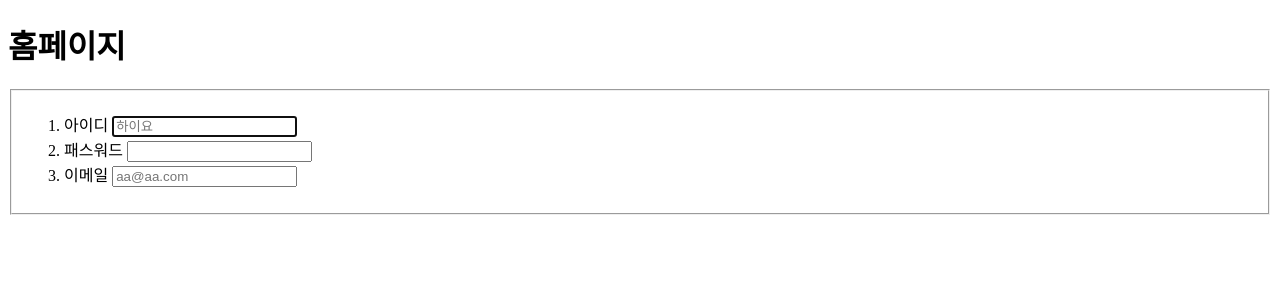
Repository: angelSuho/KCC_Learning_Repo
Page: Html/WebContent/form.html
These files come from the project's save history. The page is drawn as it stood at one moment and after the next save; the edit follows.
The browser window is 1280 px wide. The pictures show the whole page.

Above is the page before, as saved 2024-07-08 06:08:03.

### Html/WebContent/form.html
<!DOCTYPE html>
<html>
<head>
<meta charset="UTF-8">
<title>Insert title here</title>
</head>
<body>
	<h1>홈페이지</h1>
	<form action="서버URL" method="get/post">
		<fieldset>
			<ol>
			<li>
				<label for="id">아이디</label>
				<input type="text" name="userId" id="id" autofocus="autofocus"
				placeholder="하이요">
			</li>
			<li>
				<label>패스워드</label>
				<input type="password" name="userPass">
			</li>
			<li>
				<label>이메일</label>
				<input type="email" name="userPass" placeholder="aa@aa.com" required="required">
			</li>

			</ol>
		</fieldset>
	</form>
</body>
</html>

After the next save:
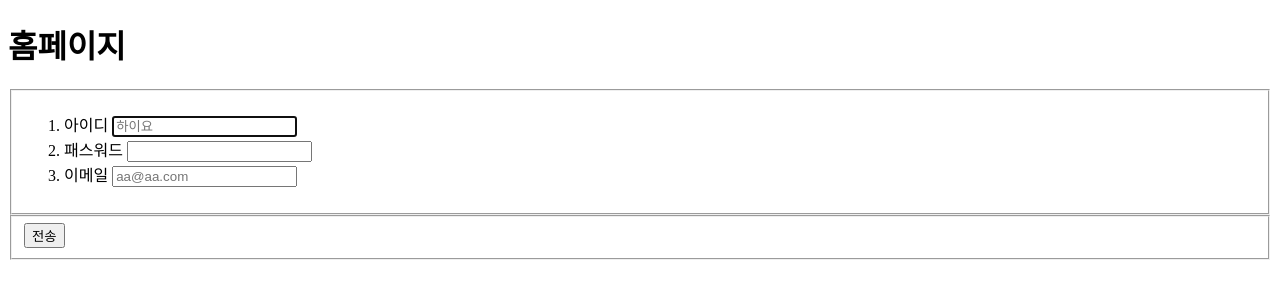
Saved 42 s later.
--- a/Html/WebContent/form.html
+++ b/Html/WebContent/form.html
@@ -25,6 +25,9 @@
 
 			</ol>
 		</fieldset>
+		<fieldset>
+			<input type="submit" value="전송">
+		</fieldset>
 	</form>
 </body>
 </html>
